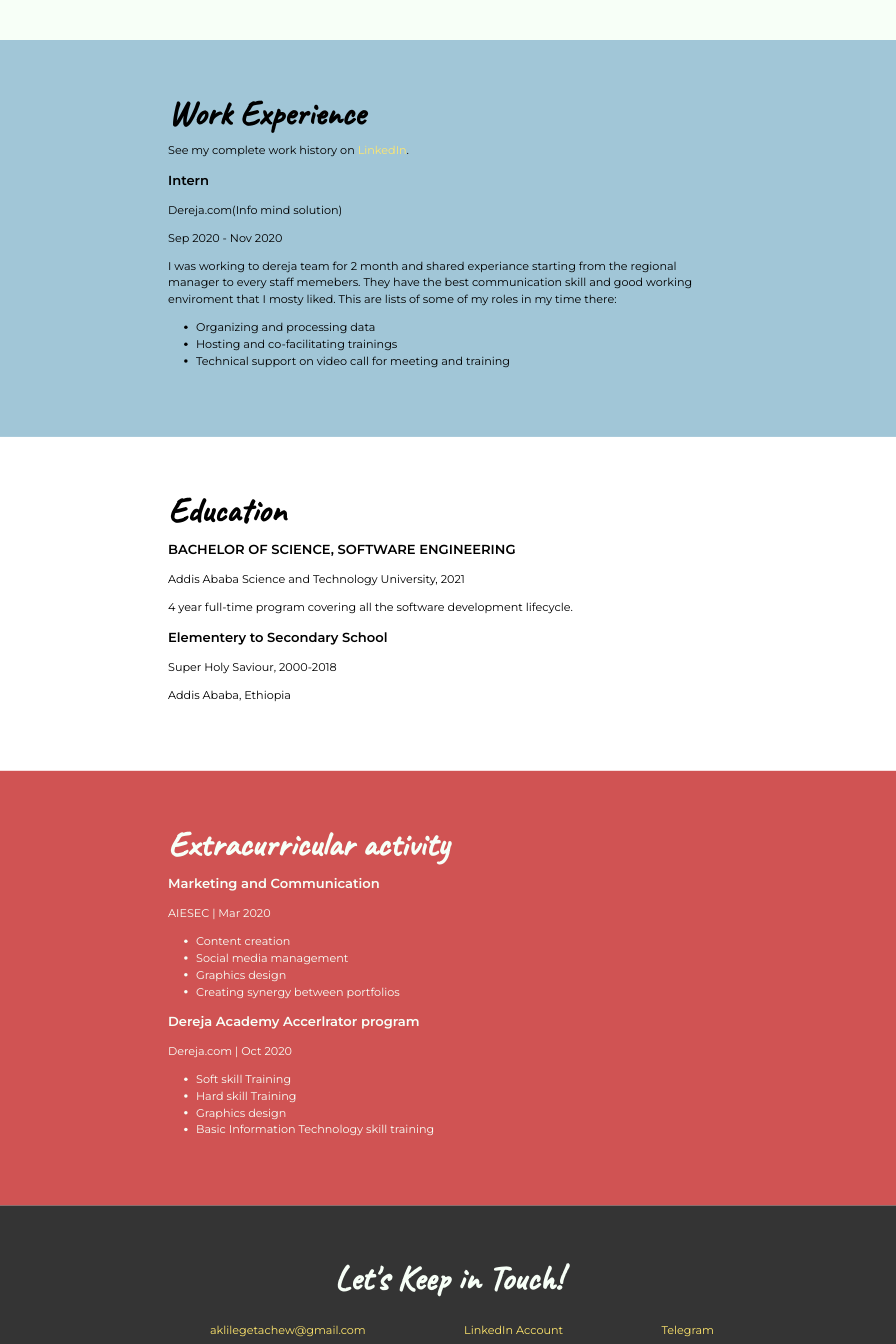
Repository: Aklilegetachew/my-Portfolio
Page: index.html
These files come from the project's save history. The page is drawn as it stood at one moment and after the next save; the edit follows.
The browser window is 1280 px wide. The pictures show the part of the page from y = 1353 to 3273 px (the page is 3381 px tall before and 3413 px after), at 70% of full size.

Above is the page before, as saved 2021-11-24 00:08:06.

After the next save:
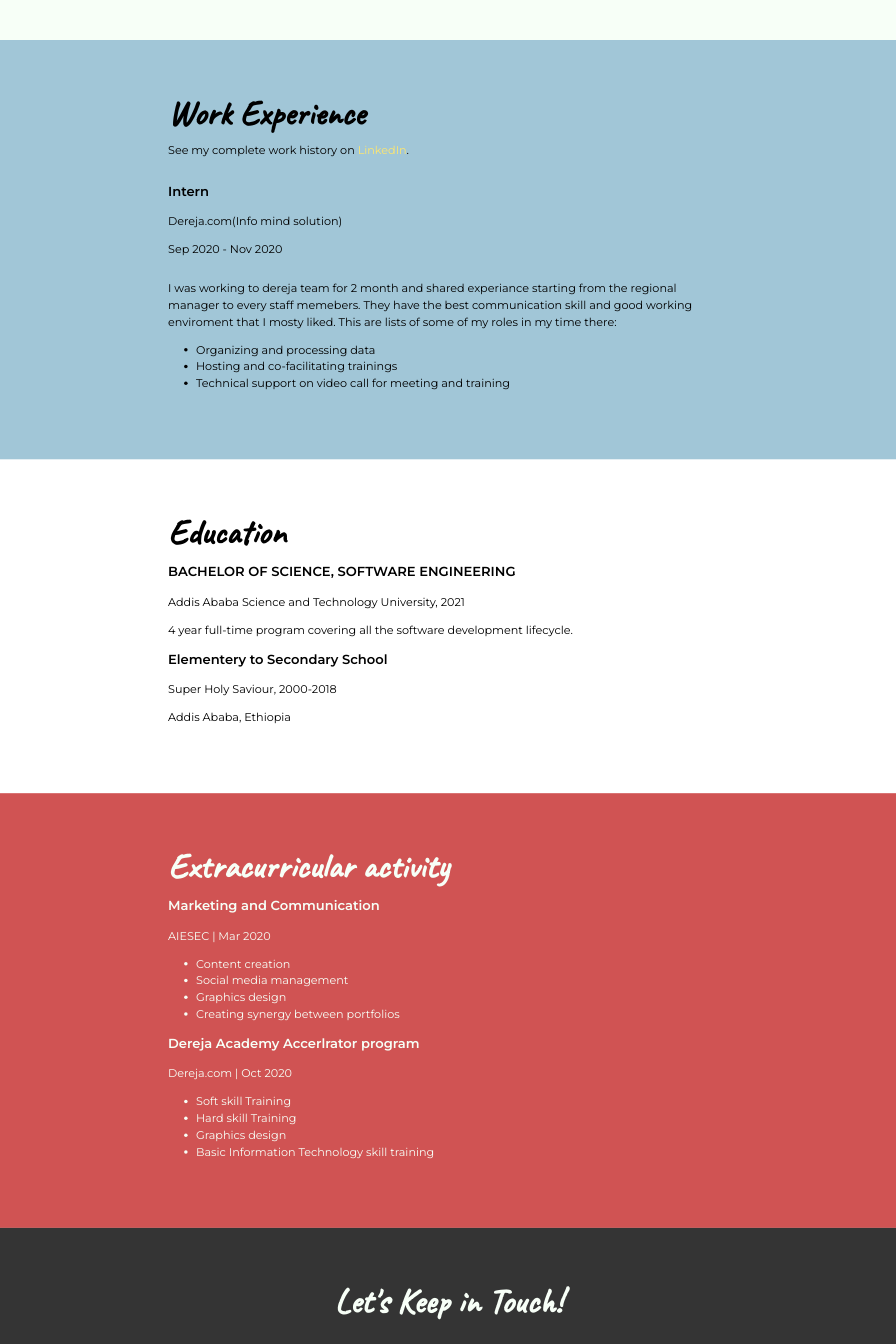
Saved 47 min 54 s later.
--- a/css/styles.css
+++ b/css/styles.css
@@ -111,6 +111,10 @@
     background-color: #A1C6D7;
 
 }
+.job-item{
+    display: grid;
+    grid-template-columns: 1fr, 2fr;
+}
 
 
 /* extracurricular
